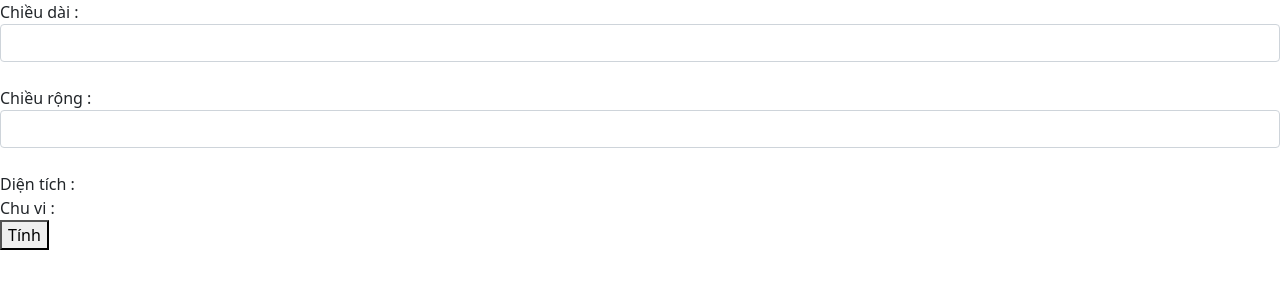
Repository: OanhBuonNgu/Lab4_AngularJS
Page: lab4.4.html
An editor plug-in stored every save of this project. The page is shown before and after the next save, followed by the edit.
The browser window is 1280 px wide. The pictures show the whole page.

Above is the page before, as saved 2022-07-22 12:59:23.

### lab4.4.html
<!DOCTYPE html>
<html lang="en">

<head>
    <meta charset="UTF-8">
    <meta http-equiv="X-UA-Compatible" content="IE=edge">
    <meta name="viewport" content="width=device-width, initial-scale=1.0">
    <title>Document</title>
    <link href="https://cdn.jsdelivr.net/npm/bootstrap@5.0.2/dist/css/bootstrap.min.css" rel="stylesheet" integrity="sha384-EVSTQN3/azprG1Anm3QDgpJLIm9Nao0Yz1ztcQTwFspd3yD65VohhpuuCOmLASjC" crossorigin="anonymous">
    <script src="https://cdn.jsdelivr.net/npm/bootstrap@5.0.2/dist/js/bootstrap.bundle.min.js" integrity="sha384-MrcW6ZMFYlzcLA8Nl+NtUVF0sA7MsXsP1UyJoMp4YLEuNSfAP+JcXn/tWtIaxVXM" crossorigin="anonymous"></script>
</head>

<body ng-app="myApp">
    <div ng-controller="info">
        <form action="">
            Chiều dài :
            <input type="text" ng-model="cd" class="form-control" /><br /> Chiều rộng : <input type="text" ng-model="cr" class="form-control" />
            <br/> Diện tích :
            <label ng-bind="dt"></label>
            <br> Chu vi :
            <label ng-bind="cv"></label><br />
            <button type="button" ng-click="calculate()">Tính</button>
        </form>
    </div>
    <script src="https://ajax.googleapis.com/ajax/libs/angularjs/1.8.2/angular.min.js"></script>
    <script>
        const app = angular.module("myApp", []);
        app.controller("info", function($scope) {
            $scope.calculate = function() {
                var a = parseFloat($scope.cd);
                var b = parseFloat($scope.cr);
                $scope.dt = a * b;
                $scope.cv = (a + b) * 2;
            };
        })
    </script>
</body>

</html>

After the next save:
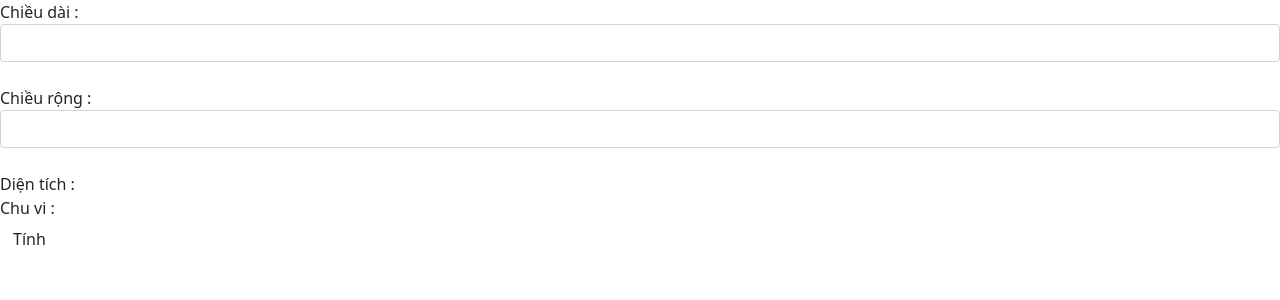
Saved 19 s later.
--- a/lab4.4.html
+++ b/lab4.4.html
@@ -19,7 +19,7 @@
             <label ng-bind="dt"></label>
             <br> Chu vi :
             <label ng-bind="cv"></label><br />
-            <button type="button" ng-click="calculate()">Tính</button>
+            <button type="button" class="btn btn-default" ng-click="calculate()">Tính</button>
         </form>
     </div>
     <script src="https://ajax.googleapis.com/ajax/libs/angularjs/1.8.2/angular.min.js"></script>
